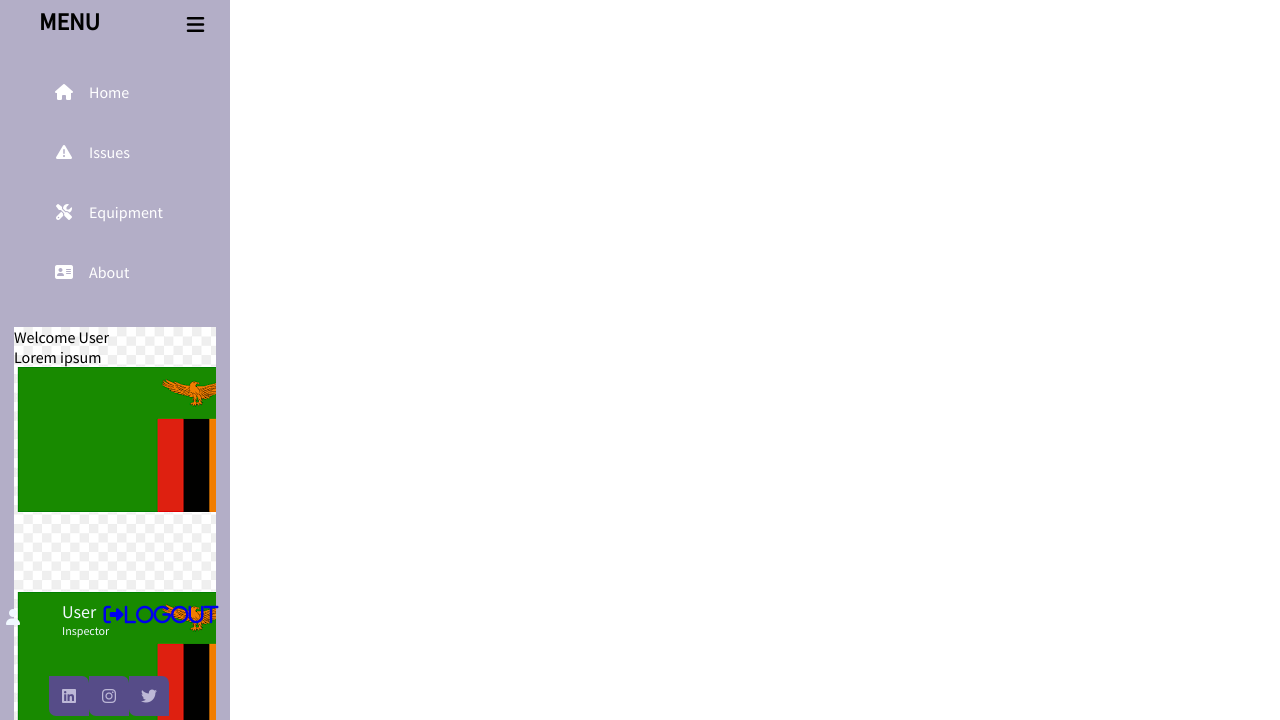
Repository: Lungdjos/ZescoIssueTS
Page: zits/src/main/resources/templates/about_us.html
These files come from the project's save history. The page is drawn as it stood at one moment and after a run of saves; the edit follows.
The browser window is 1280 px wide. The pictures show the whole page.
Some web libraries are served in a nearby version.

Above is the page before, as saved 2021-07-10 04:24:49.

### zits/src/main/resources/templates/about_us.html
<!DOCTYPE html>
<html lang="en">

<head>
    <meta charset="UTF-8">
    <meta http-equiv="X-UA-Compatible" content="IE=7">
    <meta name="viewport" content="width=device-width, initial-scale=1.0">
    <title>About Us Page</title>
    <link rel="stylesheet" href="/css/styles.css">

    <script src="https://kit.fontawesome.com/953cd41e6c.js" crossorigin="anonymous"></script>
</head>

<body>
    <div class="wrapper">
        <div class="sidebar">
            <div class="logo_content">
                <div class="logo">
                    <h2>Menu</h2>
                </div>
                <i class="fas fa-bars" id="btn"></i>
            </div>


            <ul class="nav_list">

                <li>
                    <a href="#"><i class="fas fa-home"></i><span class="links_name"> Home</span></a>
                </li>
                <li>
                    <a href="#"><i class="fas fa-exclamation-triangle"></i><span class="links_name"> Issues</span></a>
                </li>
                <li>
                    <a href="#"><i class="fas fa-tools"></i><span class="links_name"> Equipment</span></a>
                </li>
                <li>
                    <a href="#"><i class="fas fa-address-card"></i><span class="links_name"> About</span></a>
                </li>

                <div class="social_media">
                    <a href="#"><i class="fab fa-linkedin"></i></a>
                    <a href="#"><i class="fab fa-instagram"></i></a>
                    <a href="#"><i class="fab fa-twitter"></i></a>
                </div>
            </ul>
            <div class="profile_content">
                <div class="profile">
                    <div class="profile_details">
                        <i class="fas fa-user"></i>
                        <div class="role_title">
                            <div class="name">User</div>
                            <div class="role">Inspector</div>
                        </div>
                    </div>
                    <a href="#"><i class="fas fa-sign-out-alt" id="log_out">Logout</i></a>
                </div>
            </div>
            <div class="main_content">
                <div class="header">Welcome User</div>
                <div class="info">Lorem ipsum</div>
            </div>
        </div>
        <h2 style="color: black;">The About Page</h2>
    </div>





</body>

</html>

### zits/src/main/resources/templates/css/styles.css
@import url('https://fonts.googleapis.com/css2?family=Source+Sans+Pro&display=swap');
* {
    margin: 0;
    padding: 0;
    box-sizing: border-box;
    list-style: none;
    text-decoration: none;
    font-family: Source Sans Pro;
}

body {
    position: relative;
    min-height: 100vh;
    width: 100%;
    overflow: hidden;
}

.wrapper {}


/**Side Bar Props*/

.sidebar {
    position: fixed;
    top: 0;
    left: 0;
    height: 100%;
    width: 230px;
    background: #b3aec7;
    padding: 6px 14px;
}

.social_media {
    position: absolute;
    bottom: 4px;
    left: 50%;
    display: flex;
    transform: translateX(-55%);
}

.social_media a {
    display: block;
    width: 40px;
    background: #564c88;
    height: 40px;
    line-height: 40px;
    text-align: center;
    margin: 0, 5px;
    color: #bdb8d7;
    border-top-right-radius: 7px;
    border-bottom-left-radius: 7px;
}

.logo_content .logo {
    margin-right: 5px;
}

.sidebar h2 {
    text-transform: uppercase;
    margin-bottom: 30px;
    margin-left: 25px;
}

.sidebar #btn {
    position: absolute;
    color: #000;
    left: 85%;
    top: 5px;
    font-size: 20px;
    height: 40px;
    width: 40px;
    text-align: center;
    line-height: 40px;
    transform: translateX(-50%);
}

.sidebar ul {
    margin: 20px;
}

.sidebar ul li {
    position: relative;
    height: 60px;
    width: 110%;
    margin: 0 5px;
    list-style: none;
    line-height: 50px;
}

.sidebar ul li a {
    color: #fff;
    display: flex;
    align-items: center;
    text-decoration: none;
    transition: all 0.35s ease;
    border-radius: 12px;
}

.sidebar ul li a:hover {
    color: green;
    background: orange;
}

.sidebar ul li a .fas {
    height: 50px;
    min-width: 50px;
    border-radius: 12px;
    line-height: 50px;
    text-align: center;
}

.sidebar .profile_content {
    position: absolute;
    color: aliceblue;
    left: 0;
    bottom: 80px;
    width: 100%;
}

.sidebar .profile_content .profile {
    position: relative;
    padding: 10px 6px;
    height: 50px;
}

.sidebar .profile_content .profile:hover {
    background: greenyellow;
    color: #000;
}

.sidebar .profile_content .profile .profile_details {
    display: flex;
    align-items: center;
}

.profile .profile_details .fas {
    height: 20px;
    width: 50px;
    object-fit: cover;
}

.profile .profile_details .role_title {
    margin-left: 6px;
}

.profile .profile_details .name {
    font-size: 18px;
    font-weight: 400;
}

.profile .profile_details .role {
    font-size: 12px;
    font-weight: 200;
}

.profile #log_out {
    position: absolute;
    left: 70%;
    bottom: 0.01em;
    transform: translateX(-50%);
    transform: rotateY('180');
    min-width: 50px;
    line-height: 50px;
    font-size: 20px;
    border-radius: 12px;
}

.profile #log_out:hover {
    color: red;
}

.main_content {
    top position: absolute;
    height: 100%;
    width: calc(100%-40);
    left: 235px;
    background: url(../img/zambialog.png);
}

After the next 3 saves:
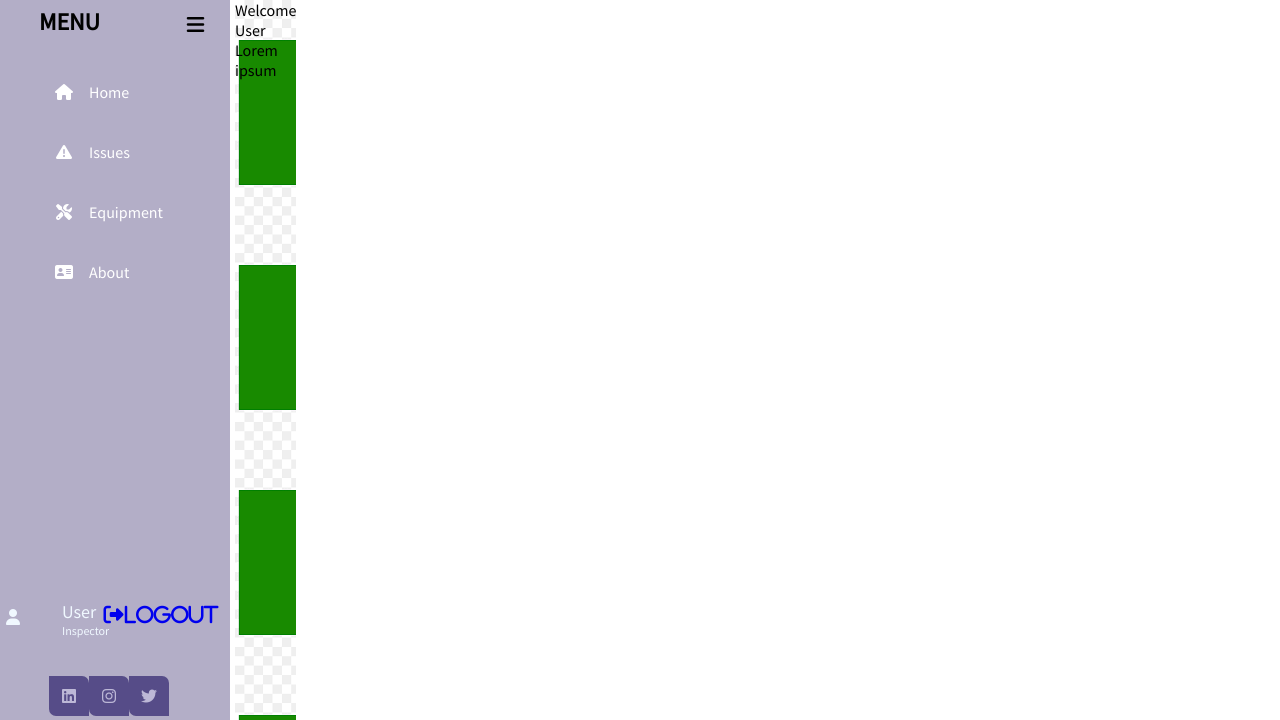
The 3 saves are shown as one change because they came seconds apart.
The last was saved 14 s later.
--- a/zits/src/main/resources/templates/css/styles.css
+++ b/zits/src/main/resources/templates/css/styles.css
@@ -170,7 +170,8 @@
 }
 
 .main_content {
-    top position: absolute;
+    top: 0;
+    position: absolute;
     height: 100%;
     width: calc(100%-40);
     left: 235px;
